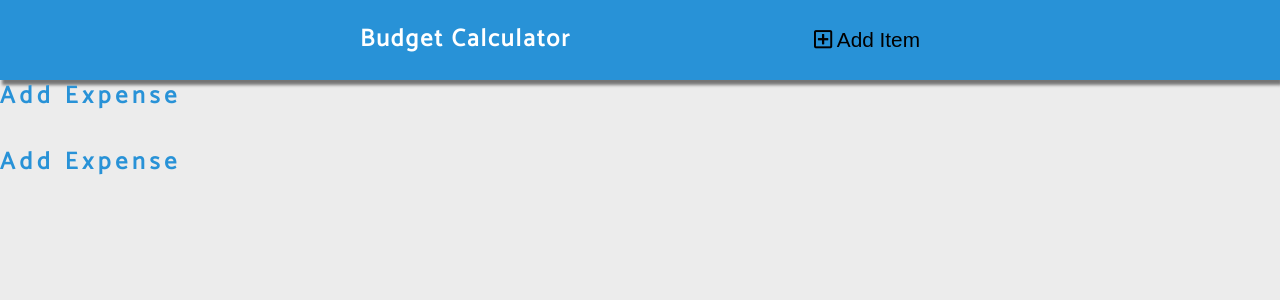
Repository: webdril/budget
Page: /
The author's editor kept a copy of each file at every save. The page is drawn from the files as they stood at one save, then again after the next save.
The browser window is 1280 px wide. The pictures show the whole page.
The project was rebuilt for these pictures with package versions that can differ from the ones it lists, and the page was loaded fresh each time.

Above is the page before, as saved 2020-02-29 01:54:22.

After the next save:
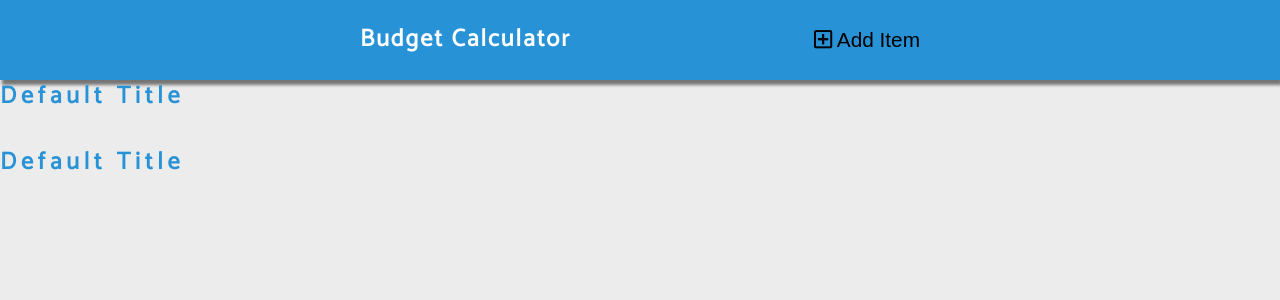
Saved 67 s later.
--- a/src/Title.svelte
+++ b/src/Title.svelte
@@ -1,3 +1,8 @@
+<script>
+let title = "default title"
+</script>
+
+
 <div class="main-title">
- <h2>Add Expense</h2>
+ <h2>{title}</h2>
 </div>
